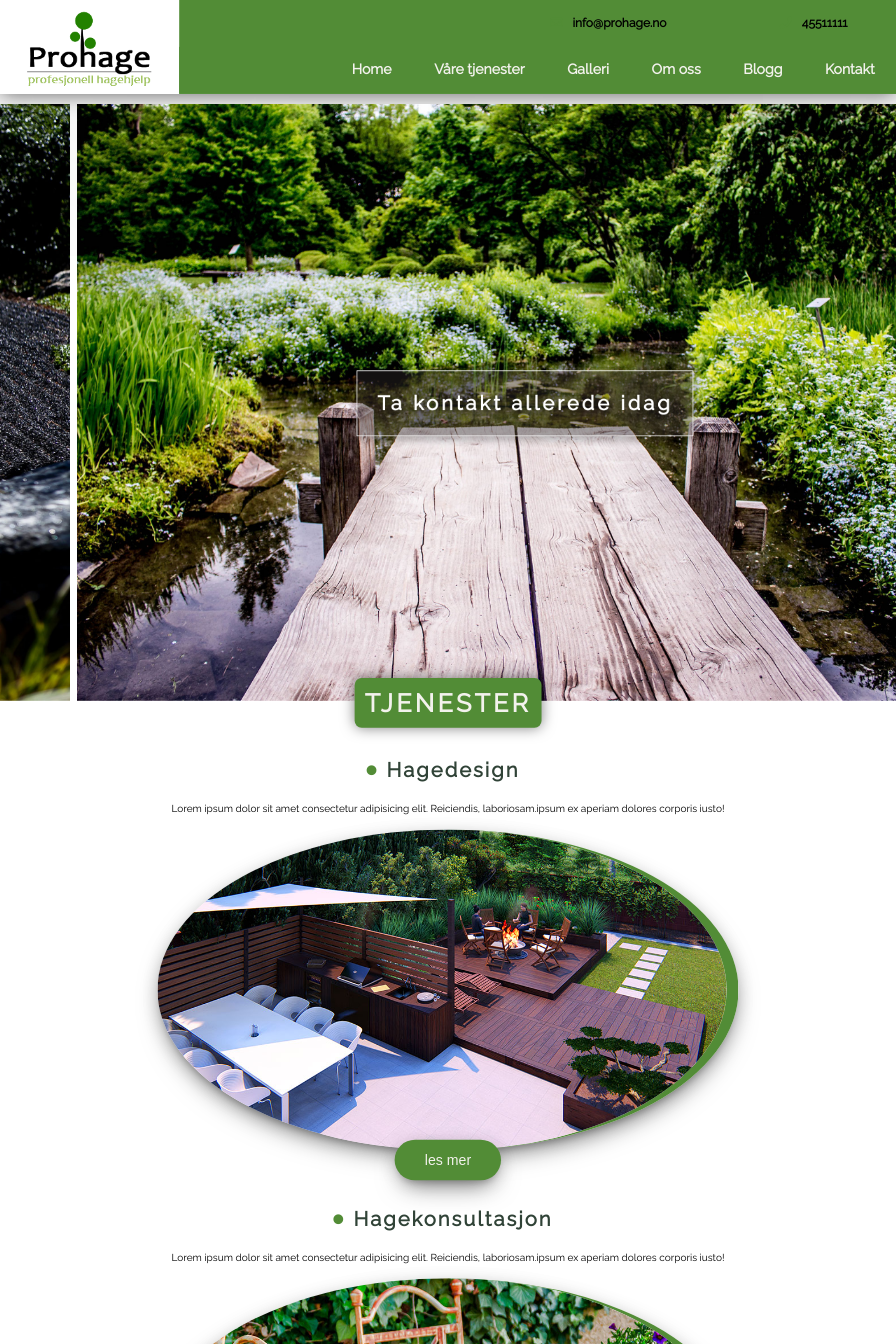
Repository: marinazzz/garden-design-website
Page: index.html
An editor plug-in stored every save of this project. The page is shown before and after the next save, followed by the edit.
The browser window is 1280 px wide. The pictures show the part of the page from y = 0 to 1920 px (the page is 5106 px tall before and 3591 px after), at 70% of full size.

Above is the page before, as saved 2020-04-07 14:05:41.

### index.html
<!DOCTYPE html>
<html lang="nb">

<head>
  <title>Hagedesign Oslo</title>
  <link rel="stylesheet"
        type="text/css"
        href="CSS/fontawesome-free-5.12.1-web/css/all.min.css">
  <link rel="stylesheet"
        type="text/css"
        href="CSS/style.css" />
  <link rel="stylesheet"
        type="text/css"
        href="CSS/min-width-768px.css">
  <link rel="stylesheet"
        type="text/css"
        href="CSS/min-width-992px.css">
  <link rel="stylesheet"
        href="https://cdnjs.cloudflare.com/ajax/libs/animate.css/3.7.2/animate.min.css">
  <link rel="stylesheet"
        type="text/css"
        href="PLUGINS/glide-master/dist/css/glide.core.min.css" />
  <link rel="stylesheet"
        type="text/css"
        href="PLUGINS/glide-master/dist/css/glide.theme.min.css" />
  <link href="https://fonts.googleapis.com/css?family=Raleway&display=swap"
        rel="stylesheet">
  <meta name="viewport"
        content="width=device-width, initial-scale=1"
        charset="UTF-8">
</head>

<body>
  <header>
      <div class="container__menu--small container__menu">
        <!--grid container-->
        <div class="container__logo">
          <!--1.column-->
          <img class="logo"
               src="images/prohage black.png"
               alt="Prohage logo">
        </div>
        <div class="container__items--small container__items">
          <!--2.column-->
          <div class="container__item">
            <!--1.row-->
            <a href="mailto:info@prohage.no"
               class="container__item-txt"><i class="far fa-envelope"></i>info@prohage.no</a>
            <a href="tlf:45511111"
               class="container__item-txt"><i class="fas fa-phone"></i>45511111</a>
          </div>
          <div class="container__item-bottom">
            <!--2.row-->
            <button class="menu__toggle">
              <i class="fas fa-bars"></i>
            </button>
            <nav id="menu">
              <ul class="menu__list">
                <li class="menu__item">
                  <a class="menu__link"
                     href="home">Home</a>
                </li>
                <li class="menu__item">
                  <a class="menu__link"
                     href="#services">Våre tjenester</a>
                </li>
                <li class="menu__item">
                  <a class="menu__link"
                     href="#gallery">Galleri</a>
                </li>
                <li class="menu__item">
                  <a class="menu__link"
                     href="#about">Om oss</a>
                </li>
                <li class="menu__item">
                  <a class="menu__link"
                     href="#blog">Blogg</a>
                </li>
                <li class="menu__item">
                  <a class="menu__link"
                     href="kontakt">Kontakt</a>
                </li>
              </ul>
            </nav>
          </div>
        </div>
      </div>
    <section id="main-photo">
      <div class="glide">
        <div class="glide__track"
             data-glide-el="track">
          <ul class="glide__slides">
            <li class="glide__slide">
              <img class="main-photo__item"
                   srcset="images/daylight-environment-garden-2000.jpg 2000w,
                                         images/daylight-environment-garden-1000.jpg 1000w"
                   sizes="(min-width: 1440px) 2000px, 100vw"
                   src="images/daylight-environment-garden-2000.jpg"
                   alt="Garden and plants" />
              <h1 class="main-photo__title">Profesjonell hagehjelp</h1>
            </li>
            <li class="glide__slide">
              <img class="main-photo__item"
                   srcset="images/main-header-photo-2000.jpg 2000w,
                                          images/main-header-photo-1000.jpg 1000w"
                   sizes="(min-width: 1440px) 2000px, 100vw"
                   src="images/main-header-photo-2000.jpg"
                   alt="Garden and plants" />
              <h1 class="main-photo__title">Ta kontakt allerede idag</h1>
            </li>
            <li class="glide__slide">
              <img class="main-photo__item"
                   srcset="images/header-photo-2000.jpg 2000w,
                                         images/header-photo-1000.jpg 1000w"
                   sizes="(min-width: 1440px) 2000px, 100vw"
                   src="images/header-photo-2000.jpg"
                   alt="Garden designed by proffesional" />
              <h1 class="main-photo__title">Rådgiving og tipser</h1>
            </li>
            <li class="glide__slide">
              <img class="main-photo__item"
                   srcset="images/bloom-blooming-blur-2000.jpg 2000w,
                                         images/bloom-blooming-blur-1000.jpg 1000w"
                   sizes="(min-width: 1440px) 2000px, 100vw"
                   src="images/bloom-blooming-blur-2000.jpg"
                   alt="Garden designed by proffesional" />
              <h1 class="main-photo__title">Følg vår hageblogg</h1>
            </li>
          </ul>
        </div>
      </div>
    </section>
  </header>
  <main>
    <section id="section__services"
             class="section__container">
      <h1 class="services__title sections__title">Tjenester</h1>
      <div class="container">
        <section class="services__item">
          <div class="item-title__wrapp">
            <i class="fas fa-circle"></i>
            <h2 class="services__item-title">Hagedesign</h2>
          </div>
          <p class="services__txt">Lorem ipsum dolor sit amet consectetur adipisicing elit. Reiciendis, laboriosam.ipsum
            ex aperiam dolores corporis iusto!</p>
          <div class="services__photo__wrapp">
            <img class="services__photo"
                 src="images/Hagedesign.jpg"
                 alt="Hagedesigner tegner" />
            <button class="primary__button services__button">les mer</button>
          </div>
        </section>
        <section class="services__item">
          <div class="item-title__wrapp">
            <i class="fas fa-circle"></i>
            <h2 class="services__item-title">Hagekonsultasjon</h2>
          </div>
          <p class="services__txt">Lorem ipsum dolor sit amet consectetur adipisicing elit. Reiciendis, laboriosam.ipsum
            ex aperiam dolores corporis iusto!</p>
          <div class="services__photo__wrapp">
            <img class="services__photo"
                 src="images/konsultasjon.jpg"
                 alt="Hagekonsultasjon med hagedesigner" />
            <button class="primary__button services__button">les mer</button>
          </div>
        </section>
        <section class="services__item">
          <div class="item-title__wrapp">
            <i class="fas fa-circle"></i>
            <h2 class="services__item-title">Hageskise</h2>
          </div>
          <p class="services__txt">Lorem ipsum dolor sit amet consectetur adipisicing elit. Reiciendis, laboriosam.ipsum
            ex aperiam dolores corporis iusto!</p>
          <div class="services__photo__wrapp">
            <img class="services__photo"
                 src="images/skisse.jpg"
                 alt="Hagedesigner hjelp" />
            <button class="primary__button services__button">les mer</button>
          </div>
        </section>
      </div>
    </section>
    <section id="section__gallery"
             class="section__container">
      <h1 class="gallery__title sections__title">Våre prosjekter</h1>
      <div class="container gallery__wrapp">
        <div class="container gallery__items">
          <div class="gallery__item-wrapp">
            <img class="gallery__item"
                 srcset="images/gallery-photo1-2000.jpg 2000w,
                                     images/gallery-photo1-1000.jpg 1000w"
                 sizes="(min-width: 1440px) 2000px, 100vw"
                 src="images/gallery-photo1-2000.jpg"
                 alt="Hagedesign terrase" />
          </div>
          <div class="gallery__item-wrapp gallery__item-wrapp">
            <img class="gallery__item"
                 srcset="images/gallery-photo2-2000.jpg 2000w,
                                     images/gallery-photo2-1000.jpg 1000w"
                 sizes="(min-width: 1440px) 2000px, 100vw"
                 src="images/gallery-photo2-2000.jpg"
                 alt="Hagedesign terrase" />
          </div>
          <div class="gallery__item-wrapp">
            <img class="gallery__item"
                 srcset="images/gallery-photo3-2000.jpg 2000w,
                                     images/gallery-photo3-1000.jpg 1000w"
                             sizes="(min-width: 1440px) 2000px, 100vw"
                             src="images/gallery-photo3-2000.jpg" alt="Hagedesign terrase" />
                    </div>
                </div>
                <div class="gallery__txt-wrapp">
                    <h2 class="gallery__item-title services__item-title">See alle prosjekter
                        <i class="fas fa-angle-double-right"></i>
                    </h2>
                    <p class="gallery__txt">Lorem, ipsum dolor sit amet consectetur adipisicing elit. Magni neque, ut incidunt reprehenderit fugiat possimus.</p>
                </div>
            </div>
        </section>
        <div class="reviews__bg section__container">
            <section id="section__reviews" class="review__wrapp">
                <h1 class="reviews__title sections__title">Referanser</h1>
                <div class="glide">
                    <div class="glide__track" data-glide-el="track">
                      <ul class="glide__slides">
                        <li class="glide__slide">
                            <div class="review__items">
                                <img class="review__photo"
                                 src="images/review-picture1.jpg" alt="Hagedesign terrase" />
                                <h2 class="review__title">Beste hagehjelp</h2>
                                <blockquote>
                                    <p class="review__txt">Lorem ipsum dolor sit amet consectetur adipisicing elit.
                                       Dolorem nemo, voluptatibus ullam facere laudantium sit impedit repudiandae facilis beatae laborum.
                                       Vero dicta blanditiis quidem est.</p>
                                     <footer class="review__author">Anonymous</footer>
                                </blockquote>
                            </div>
                        </li>
                        <li class="glide__slide">
                            <div class="review__items">
                                <img class="review__photo"
                                 src="images/review-picture2.jpg" alt="Hagedesign terrase" />
                                <h2 class="review__title">Tussen takk</h2>
                                <blockquote>
                                    <p class="review__txt">Lorem ipsum dolor sit amet consectetur adipisicing elit.
                                       Dolorem nemo, voluptatibus ullam facere laudantium sit impedit repudiandae facilis beatae laborum.
                                       Vero dicta blanditiis quidem est.</p>
                                     <footer class="review__author">Anonymous</footer>
                                </blockquote>
                            </div>
                        </li>
                        <li class="glide__slide">
                            <div class="review__items">
                                <img class="review__photo"
                                 src="images/review-picture3.jpg" alt="Hagedesign terrase" />
                                <h2 class="review__title">Anbefaler</h2>
                                <blockquote>
                                    <p class="review__txt">Lorem ipsum dolor sit amet consectetur adipisicing elit.
                                       Dolorem nemo, voluptatibus ullam facere laudantium sit impedit repudiandae facilis beatae laborum.
                                       Vero dicta blanditiis quidem est.</p>
                                     <footer class="review__author">Anonymous</footer>
                                </blockquote>
                            </div>
                        </li>
                      </ul>
                    </div>
                    <div class="glide__arrows"
                             data-glide-el="controls">
                            <button class="glide__arrow glide__arrow--left"
                                    data-glide-dir="<">
                                <i class="fas fa-chevron-circle-left"></i>
                            </button>
                            <button class="glide__arrow glide__arrow--right"
                                    data-glide-dir=">">
                                <i class="fas fa-chevron-circle-right"></i>
                            </button>
                        </div>
                 </div>
            </section>
            <section id="section__about" class="review__wrapp">
                <h1 class="reviews__title sections__title">Kompetanse</h1>
                <div class="review__items">
                    <p class="about__txt">Lorem ipsum dolor sit amet consectetur adipisicing elit.
                        Dolorem nemo, voluptatibus ullam facere laudantium sit impedit repudiandae facilis beatae laborum.
                        Vero dicta blanditiis quidem est.Dolorem nemot</p>
                        <ul class="about__list">
                            <li class="about__list__item">
                                <a class="item__link" href="#om-oss">Lorem, ipsum dolor.</a>
                            </li>
                            <li class="about__list__item">
                                <a class="item__link" href="#om-oss">Lorem, ipsum dolor.</a>
                            </li>
                            <li class="about__list__item">
                                <a class="item__link" href="#om-oss">Lorem, ipsum dolor.</a>
                            </li>
                            <li class="about__list__item">
                                <a class="item__link" href="#om-oss">Lorem, ipsum dolor.</a>
                            </li>
                            <li class="about__list__item">
                                <a class="item__link" href="#om-oss">Lorem, ipsum dolor.</a>
                            </li>
                        </ul>
                </div>
            </section>
            <section id="section__experience" class="review__wrapp">
                <h1 class="reviews__title sections__title">Erfaring</h1>
                <div class="review__items">
                    <p class="experience__txt">Lorem ipsum dolor sit amet consectetur adipisicing elit.
                        Dolorem nemo, voluptatibus ullam facere laudantium sit impedit repudiandae facilis beatae laborum.
                    </p>
                    <ul class="experience__list about__list">
                        <li class="experience__list__item">
                            <a class="experience__link" href="#om-oss">Lorem, ipsum dolor.</a>
                        </li>
                        <li class="experience__list__item">
                            <a class="experience__link" href="#om-oss">Lorem, ipsum dolor.</a>
                        </li>
                        <li class="experience__list__item">
                            <a class="experience__link" href="#om-oss">Lorem, ipsum dolor.</a>
                        </li>
                    </ul>
                        <h2 class="gallery__item-title services__item-title">
                            <a href="" class="experience__link">Les mer om oss</a>
                            <i class="fas fa-angle-double-right"></i>
                        </h2>
                </div>
            </section>
        </div>
        <article id="blog-posts">

        </article>
     </main>
     <footer class="footer__main">
	     <p>designed by Marina Zujic
		     <a href="https://github.com/marinazzz">github.com/marinazzz</a>
	     </p>
     </footer>
     <script src="PLUGINS/glide-master/dist/glide.min.js"></script>
     <script src="JS/js-app.js"></script>
</body>

</html>

### CSS/min-width-768px.css
@media screen and (min-width: 768px) {

  html {
    font-size: 70%;
  }

   /* HEADER */


   .container__menu,
   .container__items {
    display: grid;
   }

   .container__menu {
    grid-template-columns: 2fr 80%;
    box-shadow: 0 0 2rem 0 rgba(0, 0, 0, 0.62), 0 0 30rem 0 rgba(0, 0, 0, 0.19);
  }

  .container__items {
    grid-template-rows: 1fr 1fr;
    background: var(--header-bg-color);
    width: auto;
  }

  .container__item,
  .container__item-bottom {
    display: flex;
  }

  .container__item {
    align-self: center;
    justify-content: space-around;
    /*padding-left: 23rem;*/
  }

  .container__item > a:first-of-type {
    padding-left: 10rem;
  }

  .container__item-bottom {
    align-items: center;
  }

  .menu__toggle {
    display: none;
  }

  /* NAVIGATION */

  #menu,
  .menu-opened .menu__item .menu__link {
    display: block;
  }

  #menu {
    position: static;
    padding: 0;
    top: 0;
  }

  #menu,
  .menu_list {
    height: 100%;
  }

  .menu__list {
    height: 100%;
    flex-direction: row;
    justify-content: center;
    align-items: center;
    padding-left: 5rem;
  }

  .menu__item {
    height: 100%;
    display: block;
    flex-grow: 1;
    margin: 0;
    line-height: 4.5rem;
  }

  .menu__item:hover {
    background-color:#272727;
  }

  .menu__link:active {
    color:black;
  }

  .menu__link,
  .container__item-txt {
    font-weight: bold;
  }

  /* color styles */

  :root {
    /*header*/
    --header-bg-color:#528C36;
    --link-color: #FCFDF9;
  }

  /* MAIN PHOTO */

  .main-photo__title {
    font-size: 2rem;
    letter-spacing: 0.3rem;
}


/* SECTIONS */

/*Common styles for sections*/
/*layout*/
.services__wrapp,
.gallery__items {
  flex-direction: row;
}

/*SECTION SERVICES*/

/*.services__item {
  padding-top: 3rem;
}*/

.button__position > button {
  bottom: -20%;
}

/*SECTION GALLERY*/

.gallery__title {
  width: auto;
}

.gallery__wrapp {
  padding: 0;
  flex-wrap: wrap;
  justify-content: space-around;
}

.gallery__txt-wrapp {
  display: block;
  margin: auto;
}

.gallery__item-wrapp {
  padding: 0 2rem 2rem 2rem;;
}

.gallery__item-wrapp--padding {
  padding: 0 0 2rem 0;
}

/*SECTION REVIEWS*/

#section__reviews .glide__arrow--right {
  right: 10rem;
}

#section__reviews .glide__arrow--left {
  left: 10rem;
}


}

### CSS/min-width-992px.css
@media screen and (min-width: 992px) {
    html {
        font-size: 90%;
    }

   /* HEADER */

    .logo {
        max-height: 9rem;
    }

    .container__items {
        width: auto;
    }

    .container__item {
        padding-left: 22rem;;
    }

    .container__item-bottom,
    .container__items {
        padding: 0;
    }

    #menu {
        padding-left: 10rem;
    }

    /* SECTIONS */

    .section__container {
        max-width: 2000px;
        margin: 0 auto;
    }

    /* SECTIONS SERVICES*/

    .services__photo__wrapp > button {
        bottom: -15%;
    }

    /*SECTION GALLERY*/

    .gallery__wrapp {
        justify-content: space-around;
    }

    .services__wrapp {
        padding: 0;
    }

}

@media screen and (min-width: 1440px) {

    /* HEADER */
    .container__menu {
        max-width: 1500px;
        margin: 0 auto;
    }

    .container__item {
        padding-left: 47rem;;
    }

    #menu {
        padding-left: 30rem;
    }


    /* MAIN PHOTO */

    .main-photo__title {
        font-size: 3rem;
        letter-spacing: 0.5rem;
    }
}

@media screen and (min-width: 2560px) {
    html {
        font-size: 100%;
    }

    .logo {
        max-height: 12rem;
    }

    .container__item {
        justify-self: center;
    }

    .container__item > a:first-of-type {
        padding: 0 13rem;
    }

    .container__item-bottom {
        padding: 0 40rem;
    }

    /*content on middle*/

    .container__menu {
        max-width: 2000px;
    }

    .container__item-bottom,
    .container__items {
        padding: 0;
    }

    #menu,
    .container__item {
        padding-left: 50rem;
    }

}

Loaded but not shown: CSS/fontawesome-free-5.12.1-web/css/all.min.css (library); PLUGINS/glide-master/dist/css/glide.core.min.css (common file); PLUGINS/glide-master/dist/css/glide.theme.min.css (common file); PLUGINS/glide-master/dist/glide.min.js (library); JS/js-app.js (33 lines, source omitted); CSS/style.css (511 lines, source omitted)

After the next save:
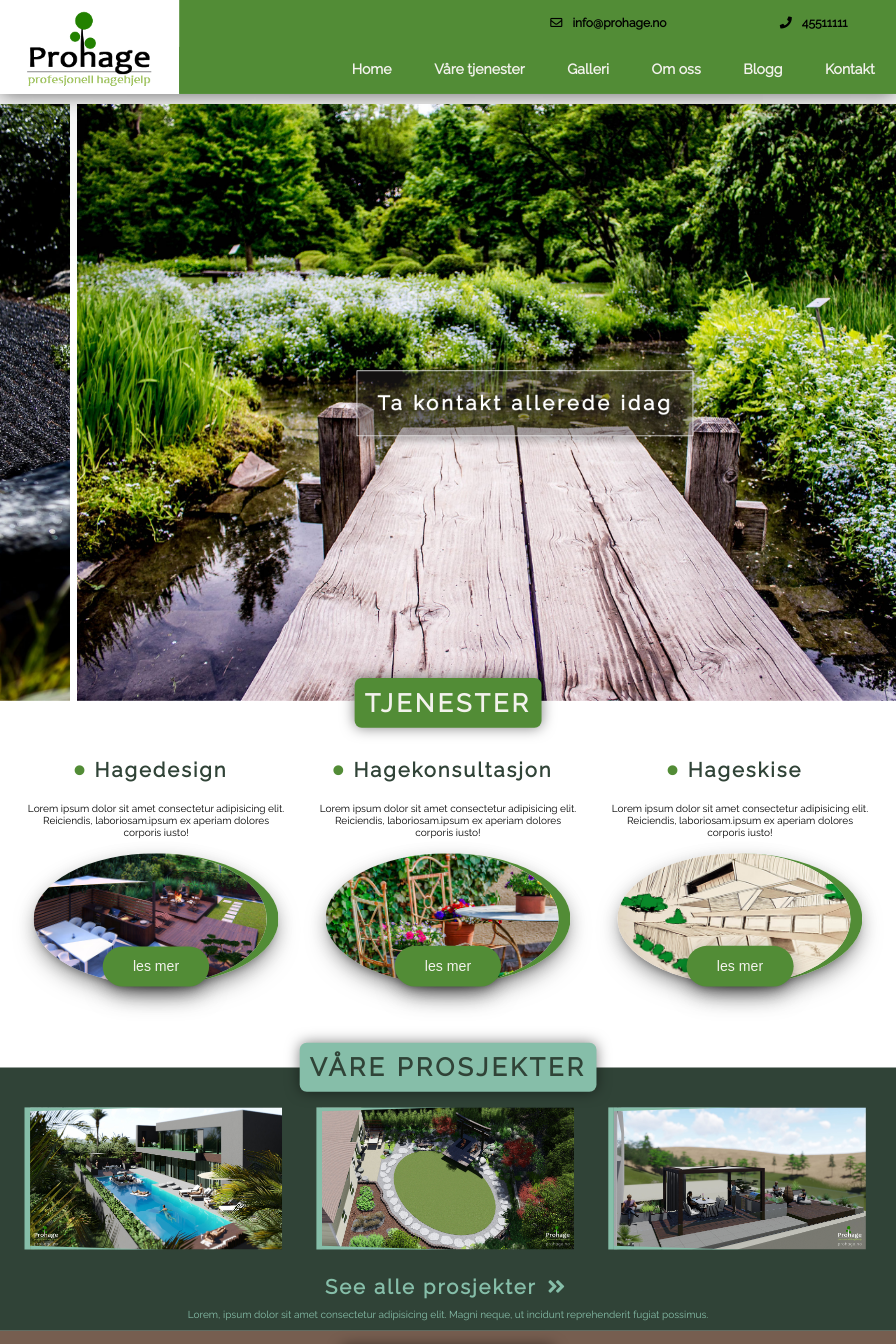
Saved 32 s later.
--- a/CSS/min-width-768px.css
+++ b/CSS/min-width-768px.css
@@ -5,7 +5,6 @@
   }
 
    /* HEADER */
-
 
    .container__menu,
    .container__items {
@@ -19,7 +18,7 @@
 
   .container__items {
     grid-template-rows: 1fr 1fr;
-    background: var(--header-bg-color);
+    background: var(--color-main-green);
     width: auto;
   }
 
@@ -44,6 +43,11 @@
 
   .menu__toggle {
     display: none;
+  }
+
+  .fa-phone,
+  .fa-envelope {
+  color: black;
   }
 
   /* NAVIGATION */
@@ -93,13 +97,6 @@
     font-weight: bold;
   }
 
-  /* color styles */
-
-  :root {
-    /*header*/
-    --header-bg-color:#528C36;
-    --link-color: #FCFDF9;
-  }
 
   /* MAIN PHOTO */
 
@@ -111,20 +108,9 @@
 
 /* SECTIONS */
 
-/*Common styles for sections*/
-/*layout*/
-.services__wrapp,
-.gallery__items {
-  flex-direction: row;
-}
+/* SECTION SERVICES */
 
-/*SECTION SERVICES*/
-
-/*.services__item {
-  padding-top: 3rem;
-}*/
-
-.button__position > button {
+.services__photo__wrapp > button {
   bottom: -20%;
 }
 
@@ -145,12 +131,9 @@
   margin: auto;
 }
 
-.gallery__item-wrapp {
-  padding: 0 2rem 2rem 2rem;;
-}
-
-.gallery__item-wrapp--padding {
-  padding: 0 0 2rem 0;
+.container,
+.gallery__items {
+  flex-direction: row;
 }
 
 /*SECTION REVIEWS*/
@@ -163,5 +146,7 @@
   left: 10rem;
 }
 
-
+.review__wrapp {
+  display: block;
 }
+}
